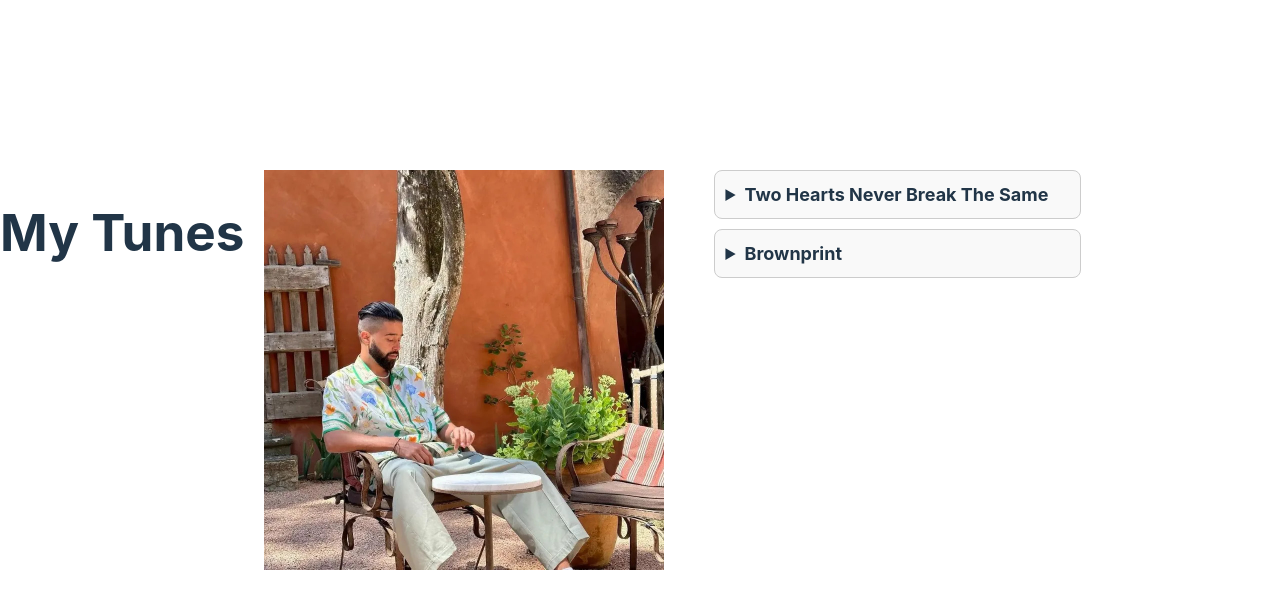
Repository: GavinPahal/my_app
Page: / (app in react/)
The author's editor kept a copy of each file at every save. The page is drawn from the files as they stood at one save, then again after the next save.
The browser window is 1280 px wide. The pictures show the whole page.
The project was rebuilt for these pictures with package versions that can differ from the ones it lists, and the page was loaded fresh each time. Also part of the build but not shown: react/vite.config.js.

Above is the page before, as saved 2024-09-14 13:33:01.

### react/src/App.jsx
import { useState } from 'react'
import ap from '/Untitled-34.jpg'
import './App.css'

function App() {
  return (
    <div className="container">
      <h1 className='heading'>My Tunes</h1>
      <img src={ap} alt="Vite logo" width={400} height={400}/>
      <div className="album">
        <details name="reqs">
          <summary>Two Hearts Never Break The Same</summary>
          <ol>
            <li>All Night(Live)</li>
            <li>Hills</li>
            <li>SummerHigh</li>
            <li>Wo Noor</li>
            <li>Dil Nu</li>
          </ol>
        </details>
        <details name="reqs">
          <summary>Brownprint</summary>
          <ol>
            <li>Brownprint</li>
            <li>315</li>
            <li>Old Money</li>
            <li>Losing Myself</li>
            <li>Distance</li>
            <li>After Midnight</li>
            <li>Bora Bora</li>
            <li>Sweet Flower</li>
            <li>To Be Contuined</li>
          </ol>
        </details>
      </div>
    </div>
  )
}

export default App

### react/src/App.css
.container {
  display: flex;
  justify-content: center;
  align-items: flex-start;
  margin-top: 20px;
}

img {
  margin-right: 50px;
margin-left: 20px;
}

.album {
  display: flex;
  flex-direction: column;
  max-width: 400px;
}

details {
  width: 100%;
  margin-bottom: 10px;
  border: 1px solid #ccc;
  border-radius: 8px;
  padding: 10px;
  background-color: #f9f9f9;
}

summary {
  font-size: 18px;
  font-weight: bold;
  cursor: pointer;
}

summary:hover {
  color: #007bff;
}

details[open] summary {
  color: #007bff;
}

ol {
  padding-left: 20px;
  margin: 10px 0;
  list-style: decimal;
}
.heading{
  display: flex;

}

Loaded but not shown: react/index.html (common file); react/src/main.jsx (common file); react/src/index.css (common file)

After the next save:
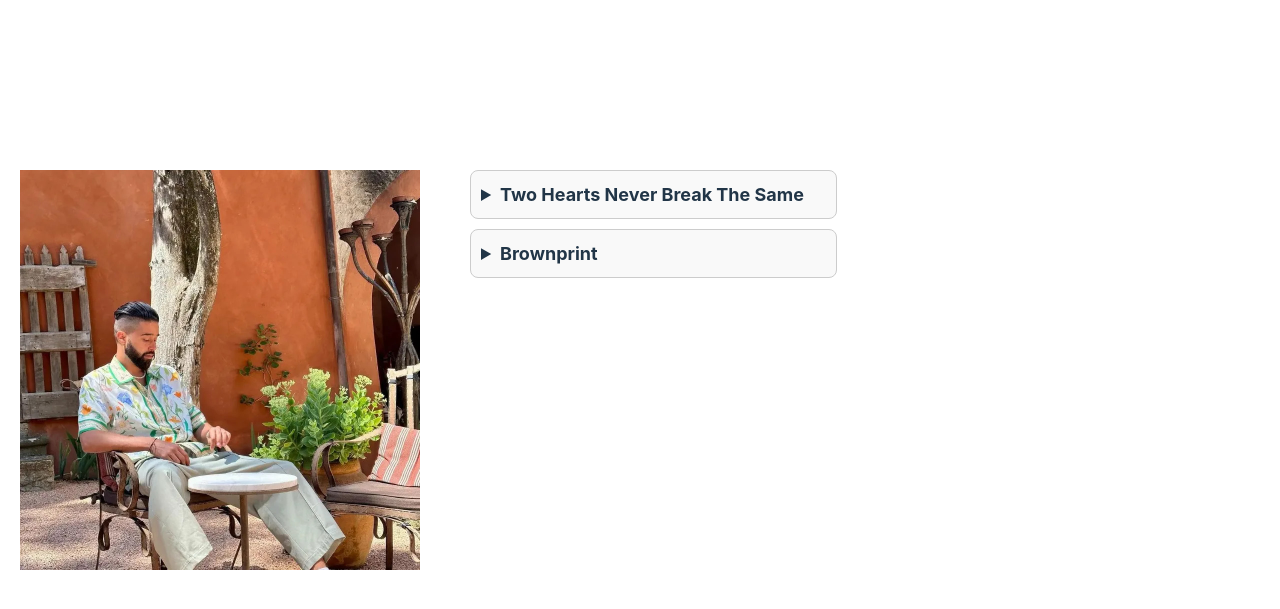
Saved 39 s later.
--- a/react/src/App.jsx
+++ b/react/src/App.jsx
@@ -5,7 +5,7 @@
 function App() {
   return (
     <div className="container">
-      <h1 className='heading'>My Tunes</h1>
+      <div className='image'></div>
       <img src={ap} alt="Vite logo" width={400} height={400}/>
       <div className="album">
         <details name="reqs">
